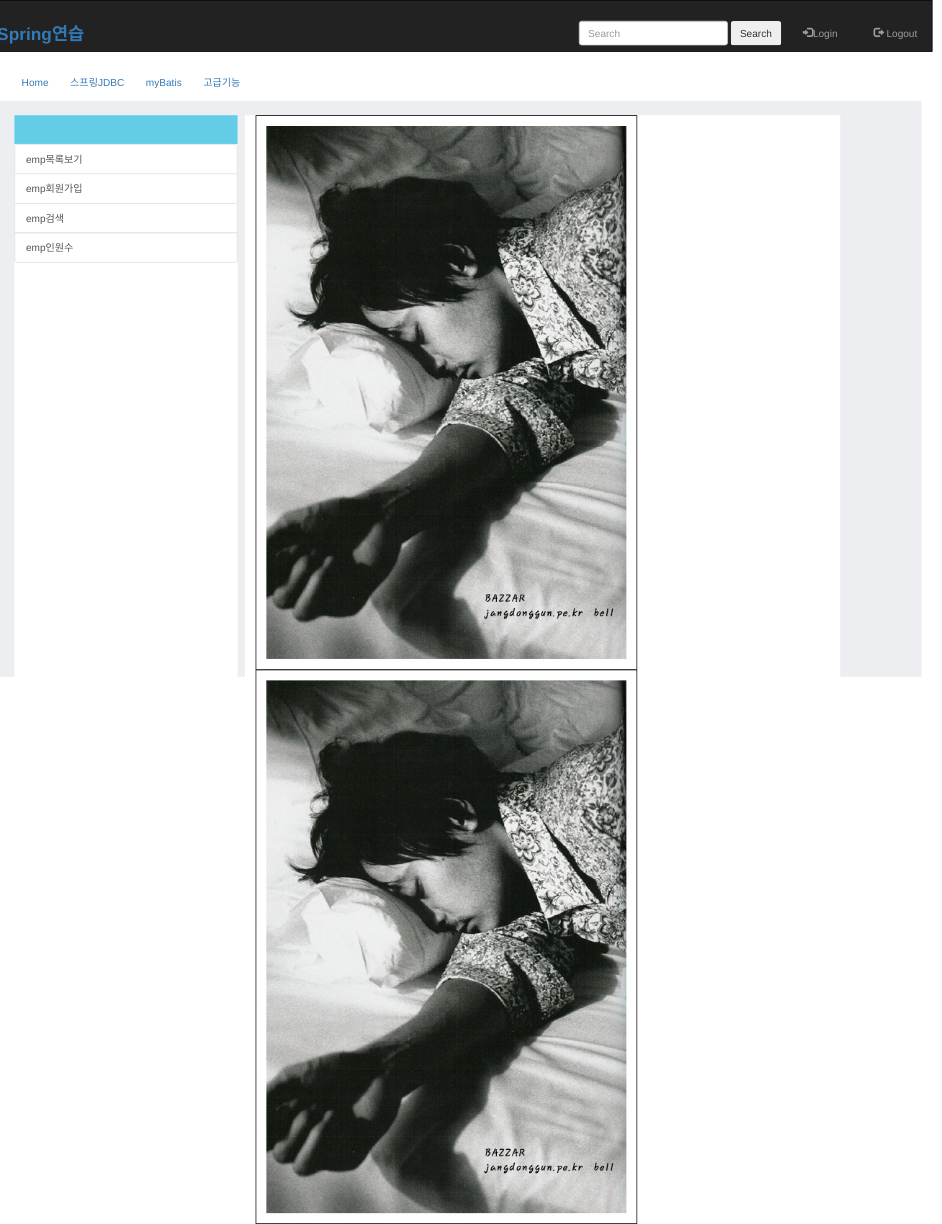
Repository: jaywagger/Spring2
Page: http://localhost/springmvctest/template/mybatislayout.jsp
An editor plug-in stored every save of this project. The page is shown before and after the next save, followed by the edit.
The browser window is 1280 px wide. The page is 1309 px wide, so the pictures cover 1309 px, including what lies to the right of the window. The pictures show the whole page, at 72% of full size.
The page is served by Tomcat 9.

Above is the page before, as saved 2020-01-29 07:14:05.

After the next save:
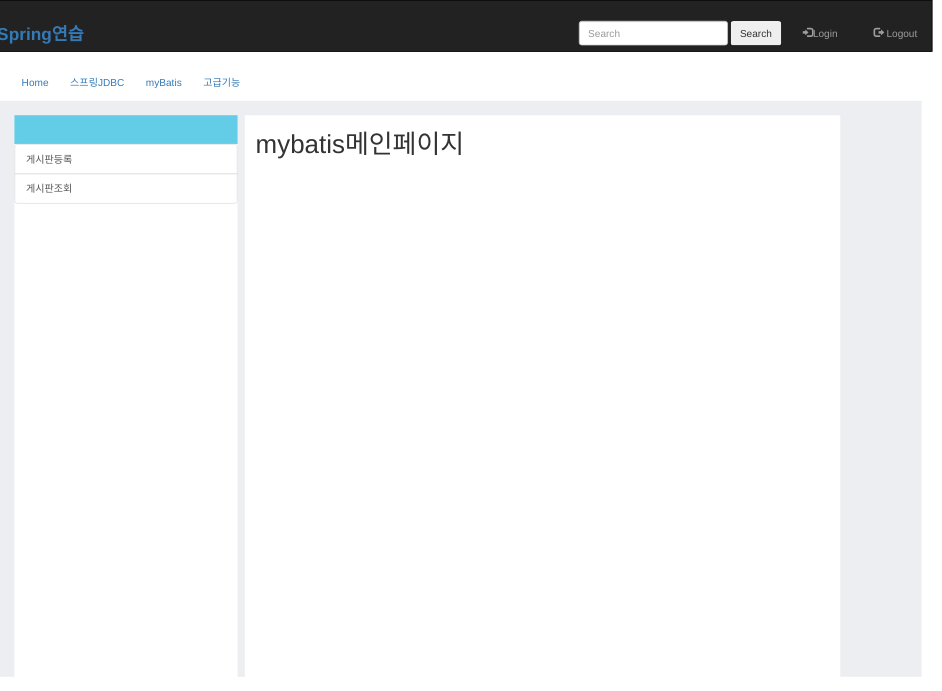
Saved 28 s later.
--- a/springmvctest/WebContent/template/mybatislayout.jsp
+++ b/springmvctest/WebContent/template/mybatislayout.jsp
@@ -42,12 +42,12 @@
 				        font-family:HY-견고딕;font-size: 16pt;color: white;
 				         font-weight: bolder;"></div>
 						<!-- 메뉴붙히기 -->
-						<jsp:include page="../menu/spring_jdbc.jsp"/>
+						<jsp:include page="../menu/mybatis_menu.jsp"/>
       				 </div>
 			 	</div>
 			 	<div class="col-sm-8" style="background-color: white;height: 800px;">
 					<!-- 컨텐츠 붙히기 -->
-					<jsp:include page="content.jsp"></jsp:include>
+					<jsp:include page="/mybatis/main.jsp"></jsp:include>
 
 			 	</div>
 			</div>
